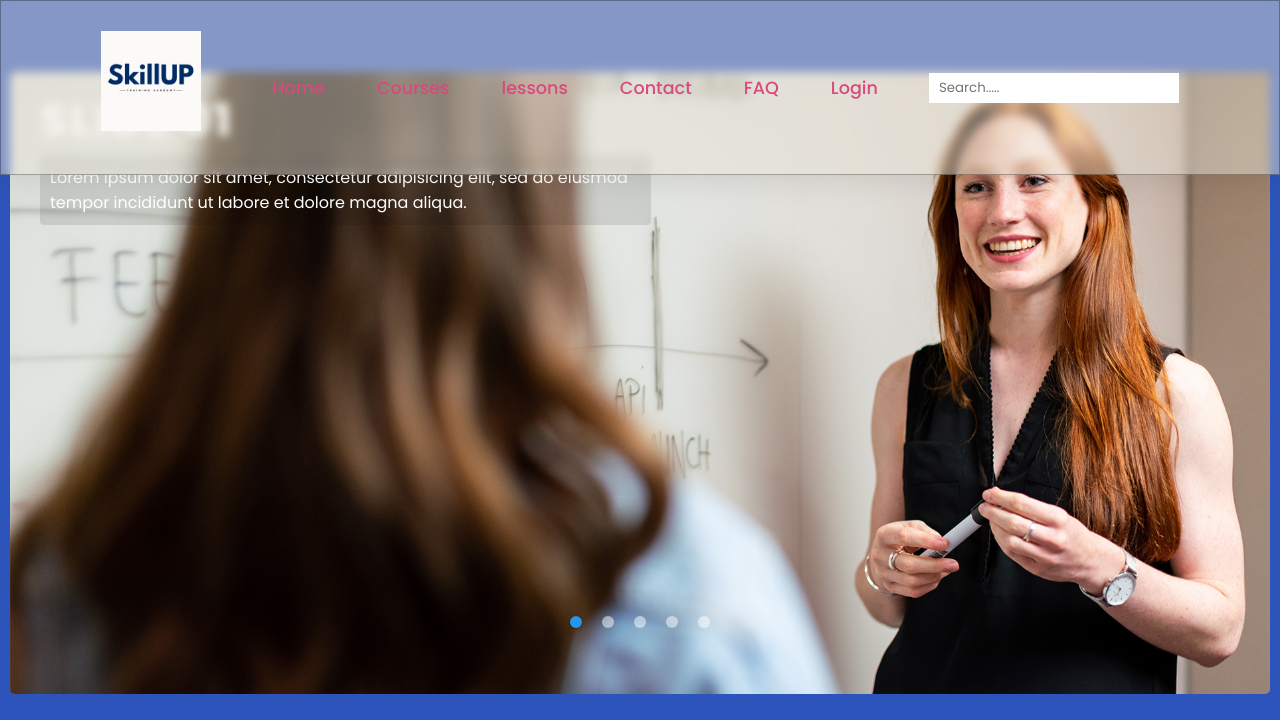
Repository: 2tzz/SkillUp-Academy
Page: home.html
The author's editor kept a copy of each file at every save. The page is drawn from the files as they stood at one save, then again after the next save.
The browser window is 1280 px wide. The pictures show the whole page.
Some web fonts or font styles are not loaded; a fallback is used.

Above is the page before, as saved 2022-10-22 15:45:19.

### home.html
<!DOCTYPE html>
<html lang="en" dir="ltr">
  <head>
    <meta charset="utf-8">
    <title>Website Landing Page | With Loading Effects and Scrolling Effects</title>
    <link rel="stylesheet" href="/CSS/home.css">
  </head>
  <body>

    <header>
      <a href="#" class="logo" >
        <img src="Img/SkillUP light.png" width="100px" height="100px" alt="Academy logo"/>
      </a>
      <navbar>
        <a href="#" class="active">Home</a>
        <a href="CourseHome.html">Courses</a>
        <a href="Lessons.html">lessons</a>
        <a href="Contact.html">Contact</a>
        <a href="FAQ.html">FAQ</a>
        <a href="login.html">Login</a>
      </navbar>
      <search_bar>
            <form class="search">
                <input type="text" placeholder="Search....." class="input">
            <button type="submit" class="button">
                <i class="ri-search-2-line"></i>
            </button>
        </form>
      </search_bar>
    </header>

    <div class="img-slider">
        <div class="slide active">
          <img src="/Img/CarousalImages/Caro1.jpg" alt="">
          <div class="info">
            <h2>Slide 01</h2>
            <p>Lorem ipsum dolor sit amet, consectetur adipisicing elit, sed do eiusmod tempor incididunt ut labore et dolore magna aliqua.</p>
          </div>
        </div>
        <div class="slide">
          <img src="/Img/CarousalImages/Caro2.jpg" alt="">
          <div class="info">
            <h2>Slide 02</h2>
            <p>Lorem ipsum dolor sit amet, consectetur adipisicing elit, sed do eiusmod tempor incididunt ut labore et dolore magna aliqua.</p>
          </div>
        </div>
        <div class="slide">
          <img src="/Img/CarousalImages/Caro3.jpg" alt="">
          <div class="info">
            <h2>Slide 03</h2>
            <p>Lorem ipsum dolor sit amet, consectetur adipisicing elit, sed do eiusmod tempor incididunt ut labore et dolore magna aliqua.</p>
          </div>
        </div>
        <div class="slide">
          <img src="/Img/CarousalImages/Caro1.jpg" alt="">
          <div class="info">
            <h2>Slide 04</h2>
            <p>Lorem ipsum dolor sit amet, consectetur adipisicing elit, sed do eiusmod tempor incididunt ut labore et dolore magna aliqua.</p>
          </div>
        </div>
        <div class="slide">
          <img src="/Img/CarousalImages/Caro2.jpg" alt="">
          <div class="info">
            <h2>Slide 05</h2>
            <p>Lorem ipsum dolor sit amet, consectetur adipisicing elit, sed do eiusmod tempor incididunt ut labore et dolore magna aliqua.</p>
          </div>
        </div>
        <div class="navigation">
          <div class="btn active"></div>
          <div class="btn"></div>
          <div class="btn"></div>
          <div class="btn"></div>
          <div class="btn"></div>
        </div>
      </div>
    <script src="/JS/home.js"></script>
  </body>
</html>

### CSS/home.css
@import url('https://fonts.googleapis.com/css2?family=Poppins:wght@100;200;300;400;500;600;700;800;900&display=swap');
@import url('https://fonts.googleapis.com/css2?family=Kaushan+Script&display=swap');

*{
  margin: 0;
  padding: 0;
  box-sizing: border-box;
  font-family: "Poppins", sans-serif;
  scroll-behavior: smooth;
}

body{
    min-height: 100vh;
    overflow-x: hidden;
    display: flex;
    justify-content: center;
    align-items: center;
    background: #2c54ba;

}

header{
    background: rgba(231, 228, 214, 0.47);
box-shadow: 0 4px 30px rgba(0, 0, 0, 0.1);
backdrop-filter: blur(5px);
-webkit-backdrop-filter: blur(5px);
border: 1px solid rgba(6, 2, 2, 0.3);
  z-index: 999;
  position: absolute;
  top: 0;
  left: 0;
  width: 100%;
  padding: 30px 100px;
  display: flex;
  justify-content: space-between;
  align-items: center;
}

header .logo{
  font-size: 2em;
  text-transform: uppercase;
  font-weight: 800;
  text-decoration: none;
  background: linear-gradient(to right, #d7487e, #ea6360);
  -webkit-background-clip: text;
  -webkit-text-fill-color: transparent;
}

header navbar{
  display: flex;
  justify-content: center;
  align-items: center;
}

header navbar a{
  color: #d9497e;
  font-size: 1.1em;
  font-weight: 500;
  text-decoration: none;
  margin-left: 20px;
  padding: 5px 16px;
  border-radius: 20px;
  transition: 0.3s;
  transition-property: background, color;
}

header navbar a:hover{
  background: linear-gradient(to bottom, #d94a7f, #fe9261);
  color: #fff;
}

.home{
  position: relative;
  width: 100%;
  height: 100vh;
  padding: 100px;
  display: flex;
  justify-content: center;
  align-items: center;
  flex-direction: column;
}

.home:before{
  content: '';
  z-index: 10;
  position: absolute;
  width: 100%;
  height: 80px;
  background: linear-gradient(to top, #722d59, transparent);
  bottom: 0;
}


.home img{
  position: absolute;
  top: 0;
  left: 0;
  width: 100%;
  height: 100%;
  object-fit: cover;
  pointer-events: none;
}

/* Search box */
header search_bar{
    display: flex;
    justify-content: center;
    align-items: center;
}
.search{
    float: right;
    position: relative;
    height: 30px;
    width: 250px;
    background-color: rgb(255, 255, 255);
    backdrop-filter: blur(2rem);
    display: flex;
    justify-content: flex-end;
    border: #a11d1d;
}
.search::before{
    content: "";
    position: absolute;
    left: 0;
    bottom: 0;
    width: 100%;
    height: 2px;
    background: #c52520;
    transform: scaleX(0);
    transform-origin: center;
    transform-origin: left;
    transition: transform .25s ;
}
.search:focus-within::before{
    transform: scale(1);
}
.search input,
.search button{
    border: none;
    outline: none;
    background-color: transparent;
    color: #8e8e8e;
}
.input{
    width: 100%;
    padding: 10px;
}
.button{
    display: grid;
    place-items: center;
    width: 50px;
    font-size: 20px;
    cursor: pointer;
    transition: color .25s;
}
.button:hover{
    background: #0170f0;
  }


.logo, navbar,search_bar{
  transform: translateY(-70px);
  transition: 0.8s;
}

@import url('https://fonts.googleapis.com/css2?family=Poppins:wght@100;200;300;400;500;600;700;800;900&display=swap');

*{
  margin: 0;
  padding: 0;
  box-sizing: border-box;
  font-family: "Poppins", sans-serif;
}



.img-slider{
  position: relative;
  width: 1920px;
  height: 80vh;
  margin: 10px;
  background: #1D212B;
}

.img-slider .slide{
  z-index: 1;
  position: absolute;
  width: 100%;
  clip-path: circle(0% at 0 50%);
}

.img-slider .slide.active{
  clip-path: circle(150% at 0 50%);
  transition: 2s;
  transition-property: clip-path;
}

.img-slider .slide img{
  z-index: 1;
  width: 100%;
  border-radius: 5px;
}

.img-slider .slide .info{
  position: absolute;
  top: 0;
  padding: 15px 30px;
}

.img-slider .slide .info h2{
  color: #fff;
  font-size: 45px;
  text-transform: uppercase;
  font-weight: 800;
  letter-spacing: 2px;
}

.img-slider .slide .info p{
  color: #fff;
  background: rgba(0, 0, 0, 0.1);
  font-size: 16px;
  width: 60%;
  padding: 10px;
  border-radius: 4px;
}

.img-slider .navigation{
  z-index: 2;
  position: absolute;
  display: flex;
  bottom: 10px;
  left: 50%;
  transform: translateX(-50%);
}

.img-slider .navigation .btn{
  background: rgba(255, 255, 255, 0.5);
  width: 12px;
  height: 12px;
  margin: 10px;
  border-radius: 50%;
  cursor: pointer;
}

.img-slider .navigation .btn.active{
  background: #2696E9;
  box-shadow: 0 0 2px rgba(0, 0, 0, 0.5);
}

@media (max-width: 820px){
  .img-slider{
    width: 600px;
    height: 375px;
  }

  .img-slider .slide .info{
    padding: 10px 25px;
  }

  .img-slider .slide .info h2{
    font-size: 35px;
  }

  .img-slider .slide .info p{
    width: 70%;
    font-size: 15px;
  }

  .img-slider .navigation{
    bottom: 25px;
  }

  .img-slider .navigation .btn{
    width: 10px;
    height: 10px;
    margin: 8px;
  }
}

@media (max-width: 620px){
  .img-slider{
    width: 400px;
    height: 250px;
  }

  .img-slider .slide .info{
    padding: 10px 20px;
  }

  .img-slider .slide .info h2{
    font-size: 30px;
  }

  .img-slider .slide .info p{
    width: 80%;
    font-size: 13px;
  }

  .img-slider .navigation{
    bottom: 5px;
  }

  .img-slider .navigation .btn{
    width: 8px;
    height: 8px;
    margin: 6px;
  }
}

@media (max-width: 420px){
  .img-slider{
    width: 320px;
    height: 200px;
  }

  .img-slider .slide .info{
    padding: 5px 10px;
  }

  .img-slider .slide .info h2{
    font-size: 25px;
  }

  .img-slider .slide .info p{
    width: 90%;
    font-size: 11px;
  }

  .img-slider .navigation{
    bottom: 10px;
  }
}

### JS/home.js

const logo = document.querySelector(".logo");
const navbar = document.querySelector("navbar");
const search_bar=document.querySelector("search_bar");

//reveal elements on page loading
window.addEventListener("load", () => {
  logo.style.transform = "translateY(0)";
  navbar.style.transform = "translateY(0)";
  search_bar.style.transform ="translateY(0)";
});

 //scrolling effects on website elements
 /*window.addEventListener("scroll", () => {
    const scrollVal = window.scrollY;
  });
*/
var slides = document.querySelectorAll('.slide');
    var btns = document.querySelectorAll('.btn');
    let currentSlide = 1;

    // Javascript for image slider manual navigation
    var manualNav = function(manual){
      slides.forEach((slide) => {
        slide.classList.remove('active');

        btns.forEach((btn) => {
          btn.classList.remove('active');
        });
      });

      slides[manual].classList.add('active');
      btns[manual].classList.add('active');
    }

    btns.forEach((btn, i) => {
      btn.addEventListener("click", () => {
        manualNav(i);
        currentSlide = i;
      });
    });

    // Javascript for image slider autoplay navigation
    var repeat = function(activeClass){
      let active = document.getElementsByClassName('active');
      let i = 1;

      var repeater = () => {
        setTimeout(function(){
          [...active].forEach((activeSlide) => {
            activeSlide.classList.remove('active');
          });

        slides[i].classList.add('active');
        btns[i].classList.add('active');
        i++;

        if(slides.length == i){
          i = 0;
        }
        if(i >= slides.length){
          return;
        }
        repeater();
      }, 10000);
      }
      repeater();
    }
    repeat();

After the next save:
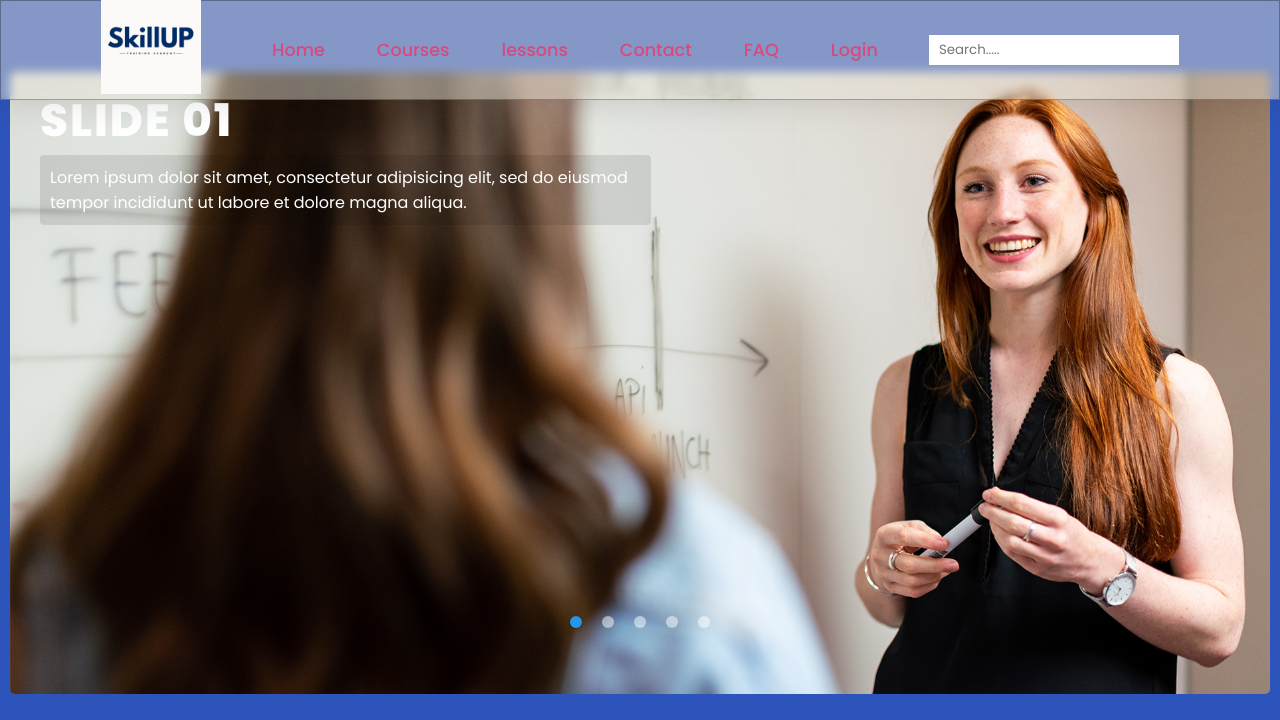
Saved 2 min 20 s later.
--- a/CSS/home.css
+++ b/CSS/home.css
@@ -20,12 +20,13 @@ body{
 }
 
 header{
-    background: rgba(231, 228, 214, 0.47);
-box-shadow: 0 4px 30px rgba(0, 0, 0, 0.1);
-backdrop-filter: blur(5px);
--webkit-backdrop-filter: blur(5px);
-border: 1px solid rgba(6, 2, 2, 0.3);
+  background: rgba(231, 228, 214, 0.47);
+  box-shadow: 0 4px 30px rgba(0, 0, 0, 0.1);
+  backdrop-filter: blur(5px);
+  -webkit-backdrop-filter: blur(5px);
+  border: 1px solid rgba(6, 2, 2, 0.3);
   z-index: 999;
+  height: 100px;
   position: absolute;
   top: 0;
   left: 0;
